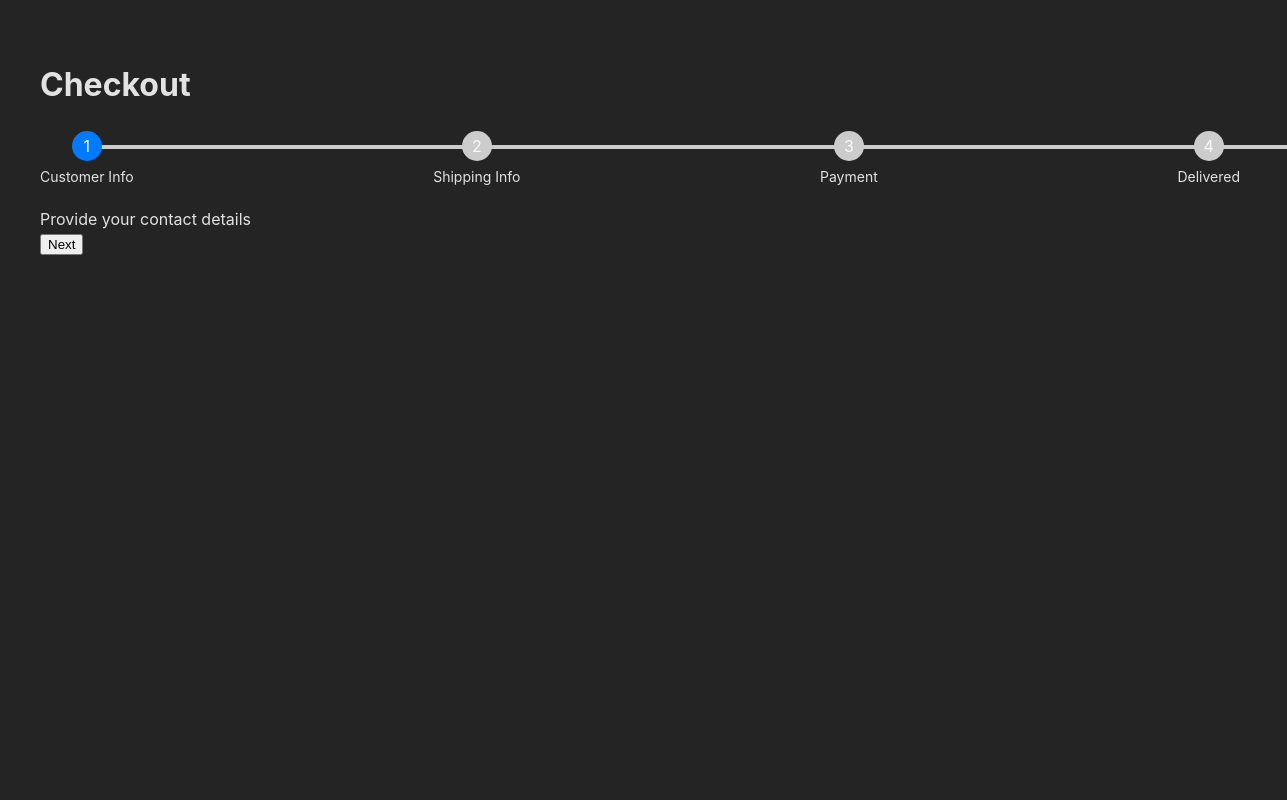
Repository: s-babaeizadeh/stepper-react
Page: /
The author's editor kept a copy of each file at every save. The page is drawn from the files as they stood at one save, then again after the next save.
The browser window is 1280 px wide. The page is 1287 px wide, so the pictures cover 1287 px, including what lies to the right of the window. The pictures show the whole page.
The project was rebuilt for these pictures with package versions that can differ from the ones it lists, and the page was loaded fresh each time. Also part of the build but not shown: vite.config.js.

Above is the page before, as saved 2024-08-10 12:16:25.

After the next save:
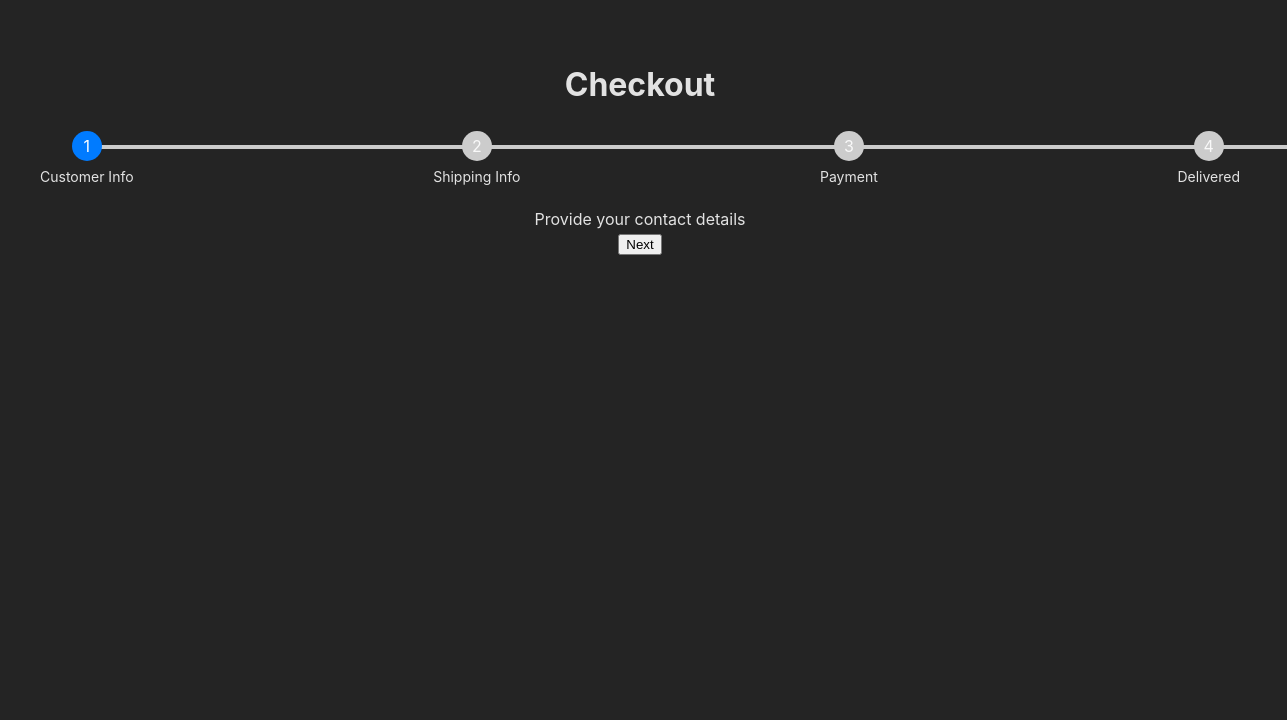
Saved 6 s later.
--- a/src/App.css
+++ b/src/App.css
@@ -2,9 +2,7 @@
   /* max-width: 1280px; */
   margin: 0 auto;
   padding: 2rem;
-
-  min-width: 320px;
-  min-height: 100vh;
+  text-align: center;
 }
 
 .step-name {
